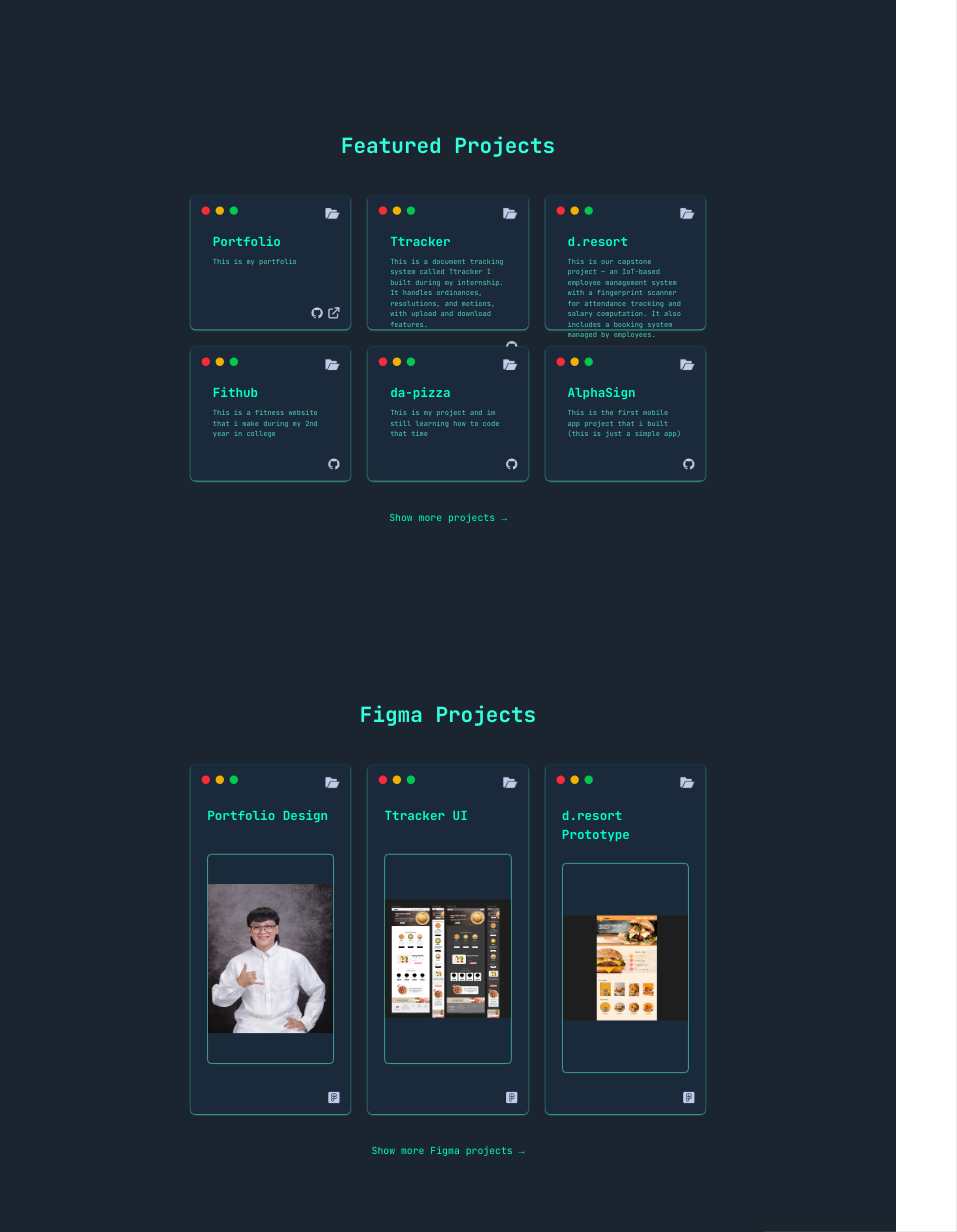
Repository: m4rsu-code/Portfolio
Page: / (app in my-portfolio/)
An editor plug-in stored every save of this project. The page is shown before and after the next save, followed by the edit.
The browser window is 1280 px wide. The page is 1367 px wide, so the pictures cover 1367 px, including what lies to the right of the window. The pictures show the part of the page from y = 2697 to 4457 px (the page is 4457 px tall), at 70% of full size.
The project was rebuilt for these pictures with package versions that can differ from the ones it lists, and the page was loaded fresh each time. Also part of the build but not shown: my-portfolio/vite.config.js, my-portfolio/src/assets/components/Modal/AchievementModal.jsx, my-portfolio/src/AchievementsPage.jsx, my-portfolio/src/ProjectPage.jsx, my-portfolio/src/FigmaProjectsPage.jsx.

Above is the page before, as saved 2025-08-04 17:06:40.

### my-portfolio/src/main.jsx
import { StrictMode } from "react";
import { createRoot } from "react-dom/client";
import { BrowserRouter as Router, Routes, Route } from "react-router-dom";
import "./assets/CSS/index.css";
import App from "./App.jsx";
import AchievementsPage from "./AchievementsPage.jsx";
import ProjectPage from "./ProjectPage.jsx";
import FigmaProjectsPage from "./FigmaProjectsPage.jsx";

createRoot(document.getElementById("root")).render(
  <StrictMode>
    <Router>
      <Routes>
        <Route path="/" element={<App />} />
        <Route path="/achievements" element={<AchievementsPage />} />
        <Route path="/projects" element={<ProjectPage />} />
        <Route path="/figma-projects" element={<FigmaProjectsPage />} />
      </Routes>
    </Router>
  </StrictMode>
);

### my-portfolio/src/assets/CSS/index.css
@import "tailwindcss";

@layer base {
  .font-jetbrains-mono {
    font-family: 'JetBrains Mono', monospace;
  }
}

### my-portfolio/src/App.jsx
import { useState } from 'react';
import { Link } from 'react-router-dom';
import Navbar from './assets/components/Navbar';
import AchievementModal from './assets/components/Modal/AchievementModal';
import './assets/CSS/animation.css';
import { achievements, projects, figmaProjects } from './assets/components/data';

function App() {
  const [count, setCount] = useState(0);
  const [isModalOpen, setIsModalOpen] = useState(false);
  const [selectedAchievement, setSelectedAchievement] = useState(null);

  const openModal = (achievement) => {
    setSelectedAchievement(achievement);
    setIsModalOpen(true);
  };

  const closeModal = () => {
    setIsModalOpen(false);
    setSelectedAchievement(null);
  };

  console.log('Rendering App with achievements:', achievements);

  return (
    <div className='min-h-screen bg-[#1A252F]'>
      <Navbar />
      <div className='w-full px-60 py-10'>
        {/* Introduction Section */}
        <div className="flex flex-col items-center justify-center mt-30">
          <div className="flex flex-col md:flex-row items-center justify-center gap-35 px-8 py-16">
            {/* Image with Glowing Effect */}
            <div className="relative">
              <div className="rounded-full border-[2px] border-[#00FFCC] overflow-hidden w-[500px] h-[500px] animate-glow">
                <img
                  src="/Images/me.png"
                  alt="Martian L. Rebote"
                  className="object-cover w-full h-full"
                />
              </div>
            </div>

            {/* Text Content */}
            <div className="text-center md:text-left font-jetbrains-mono">
              <div className='w-full md:w-[750px]'>
                <p className="text-[#FFEA00] text-[18px]">Hi, my name is</p>
                <h1 className="text-[#00FFCC] text-[45px] font-bold mt-2">Martian L. Rebote</h1>
                <p className="text-base text-[30px] font-bold text-[#57CDB9] mt-4">
                  I turn ideas into clean, functional web experiences.
                </p>
                <p className="mt-4 text-[#4CD2BC] leading-relaxed text-[18px]">
                  I’m a frontend developer with a focus on building fast, accessible, and responsive websites that deliver great user experiences.
                </p>
              </div>

              <div className="mt-6 flex flex-col sm:flex-row items-center gap-4">
                <a href="/Martian_Rebote_CV.pdf" className="border border-[#00FFCC] px-5 py-2 rounded-md text-[#00FFCC] hover:bg-[#00FFCC] hover:text-black transition-colors">
                  Download CV
                </a>
                <a href="#portfolio" className="border border-[#FF38E5] px-5 py-2 rounded-md text-[#FF38E5] hover:bg-[#FF38E5] hover:text-black transition-colors">
                  Check out my work!
                </a>
              </div>
            </div>
          </div>
        </div>

        {/* About Me Section */}
        <div id="about" className="flex flex-col mt-30">
          <div className='flex flex-col md:flex-row items-center justify-between gap-10 px-8 py-16'>
            <div className='w-full md:w-[800px] text-left font-jetbrains-mono'>
              <h2 className='text-[#31FFDD] text-[30px] font-bold mb-7'>About Me</h2>
              <div className='w-full md:w-[900px] text-justify px-5'>
                <p className='text-[#4CD2BC] text-[18px] mt-4'>
                  Hi, I’m Martian L. Rebote, a junior frontend developer. I enjoy building and designing websites and mobile apps. I’m not only focused on programming, but I also like working on design, whether it’s for the web or mobile.
                </p>
                <p className='text-[#4CD2BC] text-[18px] mt-4'>
                  I’m flexible and open to learning. I can work as a full-stack developer if needed. During my internship, I became a full-stack developer and learned a lot, which helped me grow and understand more about the programming industry.
                </p>
                <p className='text-[#4CD2BC] text-[18px] mt-4'>
                  Some of the technologies I’ve used recently include:
                </p>

                <div className='flex flex-col sm:flex-row gap-10 mt-4'>
                  <ul className='text-[#4CD2BC] text-[18px] mt-2 list-disc pl-5'>
                    <li>React</li>
                    <li>React-Native</li>
                    <li>HTML</li>
                    <li>CSS</li>
                  </ul>
                  <ul className='text-[#4CD2BC] text-[18px] mt-2 list-disc pl-5'>
                    <li>Tailwind CSS</li>
                    <li>JavaScript</li>
                    <li>Python</li>
                    <li>Laravel</li>
                  </ul>
                </div>
              </div>
            </div>

            <div className="relative image-container w-[380px] h-[450px] group cursor-pointer">
              <div className="absolute left-5 w-full h-full border-3 border-[#00FFCC] rounded-[10px] uneven-box z-0 transition-transform duration-300 ease-in-out"></div>
              <div className="relative z-10 rounded-[10px] overflow-hidden w-full h-full transition-transform duration-300 ease-in-out group-hover:translate-x-[-10px] group-hover:translate-y-[-10px]">
                <img
                  src="/Images/me2.jpg"
                  alt="Martian L. Rebote"
                  className="object-cover w-full h-full"
                />
              </div>
            </div>
          </div>
        </div>

        {/* Achievements Section */}
        <div id="achievements" className="flex flex-col mt-30 px-8 py-16 font-jetbrains-mono">
          <h2 className="text-[#31FFDD] text-[30px] font-bold mb-12">Notable Achievements</h2>

          {/* Cards Grid - Limited to first 2 achievements */}
          <div>
            {/* First Row */}
            <div className="grid md:grid-cols-2 gap-10">
              {/* Left card (code-like box with image) */}
              <div className="bg-[#1B2A3A] rounded-lg p-4 flex flex-col h-96">
                <div className="flex gap-2 mb-4">
                  <div className="w-3 h-3 bg-red-500 rounded-full"></div>
                  <div className="w-3 h-3 bg-yellow-500 rounded-full"></div>
                  <div className="w-3 h-3 bg-green-500 rounded-full"></div>
                </div>
                <div
                  className="border border-[#4CD2BC] rounded-md flex-grow overflow-hidden group cursor-pointer"
                  onClick={() => openModal(achievements[0])}
                >
                  <img
                    src={achievements[0].image}
                    alt="Achievement Image"
                    className="w-full h-full object-cover transition-transform duration-300 ease-in-out group-hover:scale-110"
                  />
                </div>
              </div>

              {/* Right card (trophy + achievement with text) */}
              <div className="flex flex-col h-64">
                <p className="text-[#31FFDD] text-sm mb-2">Featured Achievement</p>
                <h3 className="text-[#31FFDD] text-lg font-bold flex items-center gap-2">
                  🏆 {achievements[0].title}
                </h3>
                <div className="border border-[#4CD2BC] rounded-md flex-grow mt-4 p-4 text-[#4CD2BC] text-sm overflow-auto">
                  {achievements[0].description}
                </div>
                <p className="text-[#4CD2BC] text-sm mt-2">Date: {achievements[0].date}</p>
              </div>
            </div>

            {/* Second Row */}
            <div className="grid md:grid-cols-2 gap-10 mt-10">
              {/* Left card (trophy + achievement with text) */}
              <div className="flex flex-col h-64">
                <p className="text-[#31FFDD] text-sm mb-2">Featured Achievement</p>
                <h3 className="text-[#31FFDD] text-lg font-bold flex items-center gap-2">
                  🏆 {achievements[1].title}
                </h3>
                <div className="border border-[#4CD2BC] rounded-md flex-grow mt-4 p-4 text-[#4CD2BC] text-sm overflow-auto">
                  {achievements[1].description}
                </div>
                <p className="text-[#4CD2BC] text-sm mt-2">Date: {achievements[1].date}</p>
              </div>

              {/* Right card (code-like box with image) */}
              <div className="bg-[#1B2A3A] rounded-lg p-4 flex flex-col h-96">
                <div className="flex gap-2 mb-4">
                  <div className="w-3 h-3 bg-red-500 rounded-full"></div>
                  <div className="w-3 h-3 bg-yellow-500 rounded-full"></div>
                  <div className="w-3 h-3 bg-green-500 rounded-full"></div>
                </div>
                <div
                  className="border border-[#4CD2BC] rounded-md flex-grow overflow-hidden group cursor-pointer"
                  onClick={() => openModal(achievements[1])}
                >
                  <img
                    src={achievements[1].image}
                    alt="Achievement Image"
                    className="w-full h-full object-cover transition-transform duration-300 ease-in-out group-hover:scale-110"
                  />
                </div>
              </div>
            </div>
          </div>

          {/* Show more link */}
          <div className="text-center mt-10">
            <Link
                to="/achievements"
                state={{ achievements }}
                className="text-[#31FFDD] text-sm hover:underline"
              >
                Show more achievements →
              </Link>
          </div>
        </div>

        {/* Project Section */}
        <div id='projects' className="flex flex-col mt-30 px-8 py-16 font-jetbrains-mono">
          <h2 className="text-[#31FFDD] text-[30px] text-center font-bold mb-12">Featured Projects</h2>
          <div className="grid grid-cols-1 sm:grid-cols-2 lg:grid-cols-3 gap-6">
            {projects.slice(0, 6).map((project) => (
              <div
                key={project.id}
                className="bg-[#1B2A3A] rounded-lg p-4 flex flex-col h-48 relative group shadow-xs shadow-[#4CD2BC] cursor-pointer transform transition-transform duration-300 ease-in-out hover:-translate-y-2"
              >
                <div className="flex gap-2">
                  <div className="w-3 h-3 bg-red-500 rounded-full"></div>
                  <div className="w-3 h-3 bg-yellow-500 rounded-full"></div>
                  <div className="w-3 h-3 bg-green-500 rounded-full"></div>
                  <div className="justify-end ml-auto">
                    <img src="/Images/open-folder.png" alt="Folder Icon" className="w-5 h-5" />
                  </div>
                </div>
                <div className="text-left rounded-md flex-grow p-4">
                  <h3 className="text-[#00FFCC] text-[18px] font-bold mb-2">{project.title}</h3>
                  <p className="text-[#4CD2BC] text-[10px]">{project.description}</p>
                </div>
                <div className="flex justify-end gap-2">
                  {project.githubLink ? (
                    <a href={project.githubLink} target="_blank" rel="noopener noreferrer" aria-label={`View ${project.title} on GitHub`}>
                      <img
                        src="/Images/github.png"
                        alt="GitHub Icon"
                        className="w-4 h-4 hover:invert hover:brightness-0 hover:sepia hover:saturate-[100%]"
                      />
                    </a>
                  ) : (
                    <img
                      src="/Images/github.png"
                      alt="GitHub Icon"
                      className="w-4 h-4 hover:invert hover:brightness-0 hover:sepia hover:saturate-[100%]"
                    />
                  )}
                  {project.title === 'Portfolio' && project.link && (
                    <a href={project.link} target="_blank" rel="noopener noreferrer" aria-label="View Portfolio Website">
                      <img
                        src="/Images/link.png"
                        alt="Link Icon"
                        className="w-4 h-4 hover:invert hover:brightness-0 hover:sepia hover:saturate-[100%]"
                      />
                    </a>
                  )}
                </div>
              </div>
            ))}
          </div>

          {projects.length > 6 && (
            <div className="text-center mt-10">
              <Link
                to="/projects"
                state={{ projects }}
                className="text-[#00FFCC] text-sm hover:underline"
              >
                Show more projects →
              </Link>
            </div>
          )}
        </div>

        {/* Figma Projects Section */}
        <div className="flex flex-col mt-30 px-8 py-16 font-jetbrains-mono">
          <h2 className="text-[#31FFDD] text-[30px] text-center font-bold mb-12">Figma Projects</h2>
          <div className="grid grid-cols-1 sm:grid-cols-2 lg:grid-cols-3 gap-6">
            {figmaProjects.slice(0, 3).map((project) => (
              <div
                key={project.id}
                className="bg-[#1B2A3A] rounded-lg p-4 flex flex-col h-[500px] relative group shadow-xs shadow-[#4CD2BC] cursor-pointer transform transition-transform duration-300 ease-in-out hover:-translate-y-2"
              >
                {/* Header with window controls and folder icon */}
                <div className="flex gap-2 mb-4">
                  <div className="w-3 h-3 bg-red-500 rounded-full"></div>
                  <div className="w-3 h-3 bg-yellow-500 rounded-full"></div>
                  <div className="w-3 h-3 bg-green-500 rounded-full"></div>
                  <div className="justify-end ml-auto">
                    <img src="/Images/open-folder.png" alt="Folder Icon" className="w-5 h-5" />
                  </div>
                </div>

                {/* Project Title */}
                <div className="flex items-start justify-start p-2">
                  <h3 className="text-[#00FFCC] text-[18px] font-bold">{project.title}</h3>
                </div>

                {/* Image with Border and No Overlap */}
                <div className="flex-grow flex items-center justify-center p-2">
                  <div className="border border-[#4CD2BC] rounded-md w-full h-full max-h-[300px] overflow-hidden flex items-center justify-center">
                    <img
                      src={project.image}
                      alt={`${project.title} Image`}
                      className="max-h-full max-w-full object-contain"
                      onError={(e) => (e.target.src = '/Images/fallback.png')}
                      loading="lazy"
                    />
                  </div>
                </div>

                {/* Figma Link */}
                <div className="flex justify-end gap-2 mt-2">
                  {project.figmaLink && (
                    <a
                      href={project.figmaLink}
                      target="_blank"
                      rel="noopener noreferrer"
                      aria-label={`View ${project.title} on Figma`}
                    >
                      <img
                        src="/Images/figma.png"
                        alt="Figma Icon"
                        className="w-4 h-4 hover:invert hover:brightness-0 hover:sepia hover:saturate-[100%]"
                      />
                    </a>
                  )}
                </div>
              </div>
            ))}
          </div>
          {figmaProjects.length > 3 && (
            <div className="text-center mt-10">
              <Link
                to="/figma-projects"
                state={{ figmaProjects }}
                className="text-[#00FFCC] text-sm hover:underline"
              >
                Show more Figma projects →
              </Link>
            </div>
          )}
        </div>

        {/* Modal */}
        {isModalOpen && selectedAchievement && (
          <AchievementModal
            image={selectedAchievement.image}
            title={selectedAchievement.title}
            description={selectedAchievement.description}
            date={selectedAchievement.date}
            onClose={closeModal}
          />
        )}
      </div>
    </div>
  );
}

export default App;

### my-portfolio/src/assets/components/Navbar.jsx
import React from 'react';
import '../CSS/Navbar.css'; // Import the CSS for styling

function Navbar() {
  return (
    <nav className="w-full px-10 py-4 flex justify-between items-center fixed top-0 left-0 z-50 bg-transparent backdrop-blur-md font-jetbrains-mono">
      {/* Logo on the left */}
      <a href="#home" className='text-3xl font-bold text-[#FF38E5] cursor-pointer'>m4rsu</a>
      {/* Navigation links on the right */}
      <div className='flex gap-10 text-base'>
        <a href='#about' className='text-[#31FFDD] text-[15px] font-light nav-link'>About</a>
        <a href='#achievements' className='text-[#31FFDD] text-[15px] font-light nav-link'>Achievements</a>
        <a href='#projects' className='text-[#31FFDD] text-[15px] font-light nav-link'>Projects</a>
        <a href='#contact' className='text-[#31FFDD] text-[15px] font-light nav-link'>Contact</a>
      </div>
    </nav>
  );
}

export default Navbar;

### my-portfolio/src/assets/CSS/animation.css
@keyframes glow {
  0% {
    box-shadow: 0 0 5px #00FFCC, 0 0 10px #00FFCC, 0 0 15px #00FFCC, 0 0 20px #00FFCC;
  }
  50% {
    box-shadow: 0 0 10px #00FFCC, 0 0 20px #00FFCC, 0 0 30px #00FFCC, 0 0 40px #00FFCC;
  }
  100% {
    box-shadow: 0 0 5px #00FFCC, 0 0 10px #00FFCC, 0 0 15px #00FFCC, 0 0 20px #00FFCC;
  }
}

@keyframes glow {
  0% {
    box-shadow: 0 0 5px #00FFCC, 0 0 10px #00FFCC;
  }
  50% {
    box-shadow: 0 0 15px #00FFCC, 0 0 25px #00FFCC;
  }
  100% {
    box-shadow: 0 0 5px #00FFCC, 0 0 10px #00FFCC;
  }
}

.animate-glow {
  animation: glow 2s ease-in-out infinite;
}

.uneven-box {
  transform: translateY(20px); /* move it downward initially */

  transition: transform 0.3s ease-in-out;
}

.image-container:hover .uneven-box {
  transform: translateY(30px); /* move it further down on hover */
}

### my-portfolio/src/assets/CSS/Navbar.css
.nav-link {
  position: relative;
  text-decoration: none;
}

.nav-link::after {
  content: '';
  position: absolute;
  width: 100%;
  height: 2px;
  bottom: -2px;
  left: 0;
  background-color: #31FFDD;
  transform: scaleX(0);
  transform-origin: bottom right;
  transition: transform 0.3s ease-in-out;
}

.nav-link:hover::after {
  transform: scaleX(1);
  transform-origin: bottom left;
}

Loaded but not shown: my-portfolio/index.html (common file); my-portfolio/src/assets/components/data.jsx (87 lines, source omitted)

After the next save:
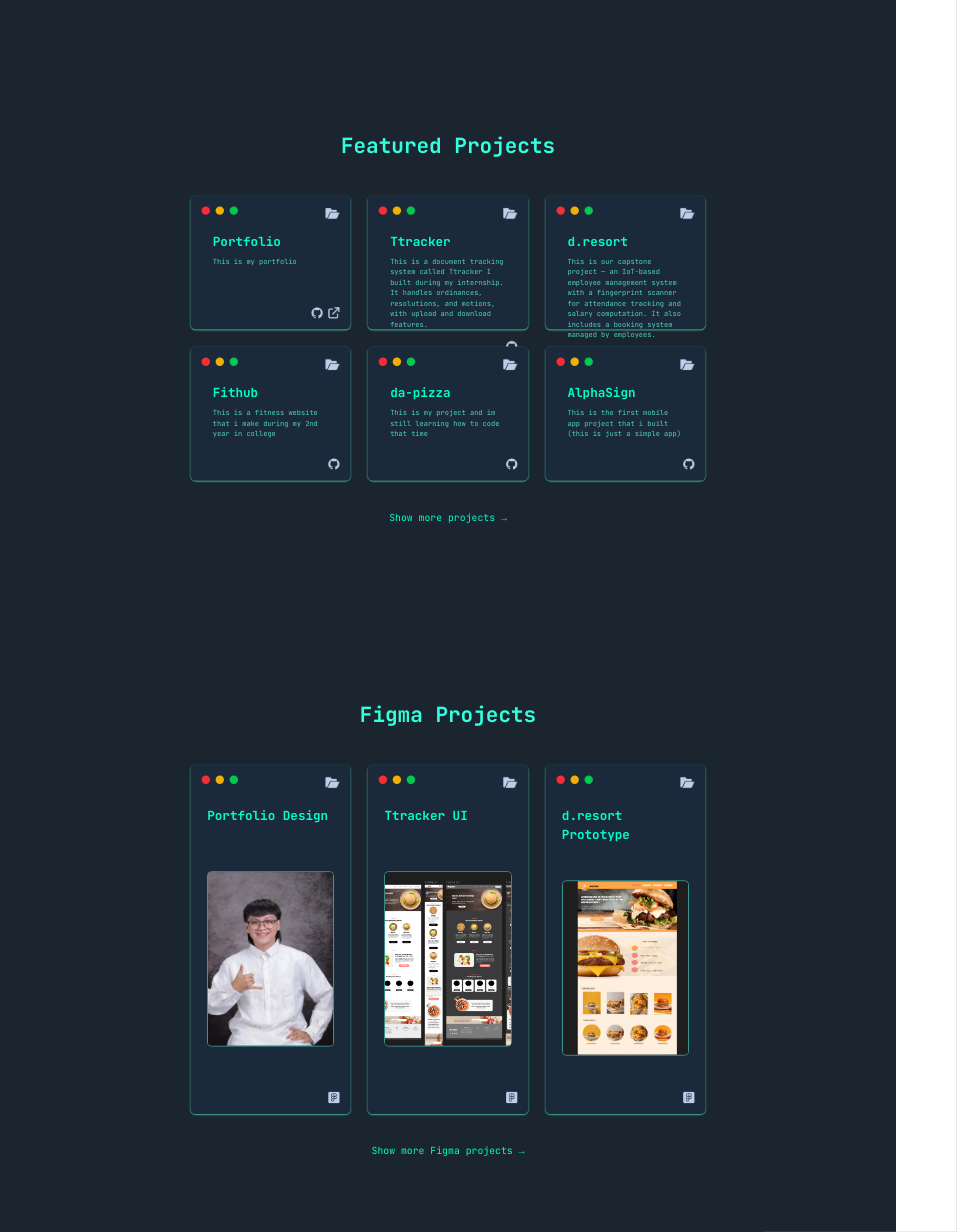
Saved 90 s later.
--- a/my-portfolio/src/App.jsx
+++ b/my-portfolio/src/App.jsx
@@ -288,15 +288,16 @@ function App() {
 
                 {/* Image with Border and No Overlap */}
                 <div className="flex-grow flex items-center justify-center p-2">
-                  <div className="border border-[#4CD2BC] rounded-md w-full h-full max-h-[300px] overflow-hidden flex items-center justify-center">
-                    <img
-                      src={project.image}
-                      alt={`${project.title} Image`}
-                      className="max-h-full max-w-full object-contain"
-                      onError={(e) => (e.target.src = '/Images/fallback.png')}
-                      loading="lazy"
-                    />
-                  </div>
+                  <div className="border border-[#4CD2BC] rounded-md w-full h-[250px] overflow-hidden">
+  <img
+    src={project.image}
+    alt={`${project.title} Image`}
+    className="w-full h-full object-cover"
+    onError={(e) => (e.target.src = '/Images/fallback.png')}
+    loading="lazy"
+  />
+</div>
+
                 </div>
 
                 {/* Figma Link */}
